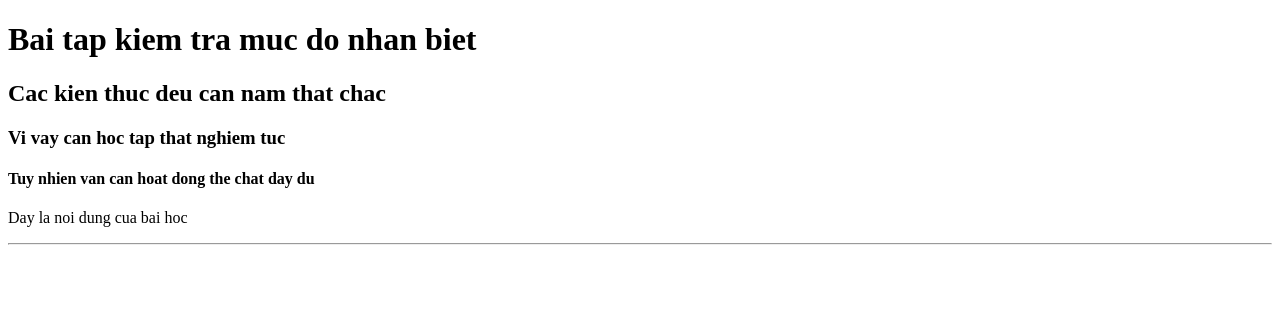
Repository: bachphamudu/my-tech-docs
Page: index.html
An editor plug-in stored every save of this project. The page is shown before and after the next save, followed by the edit.
The browser window is 1280 px wide. The pictures show the whole page.

Above is the page before, as saved 2026-10-17 09:10:50.

After the next save:
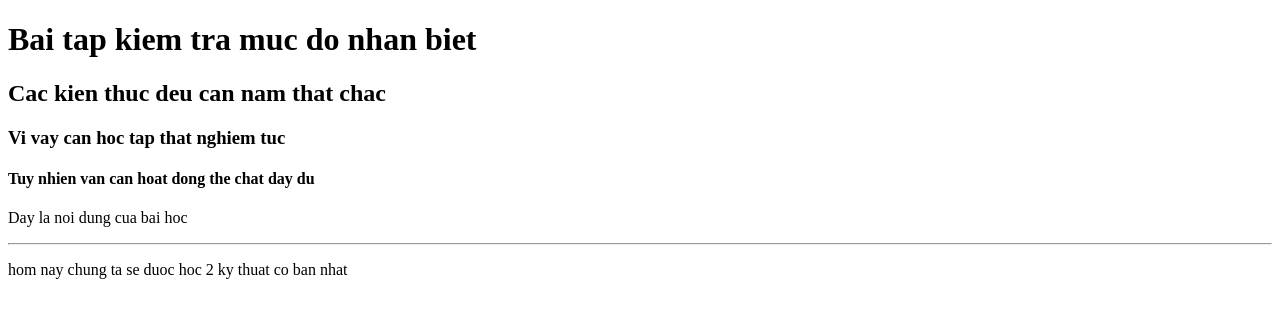
Saved 15 s later.
--- a/index.html
+++ b/index.html
@@ -12,6 +12,6 @@
     <h4>Tuy nhien van can hoat dong the chat day du</h4>
     <p>Day la noi dung cua bai hoc</p>
     <hr>
-    <p></p>
+    <p>hom nay chung ta se duoc hoc 2 ky thuat co ban nhat </p>
 </body>
 </html>
